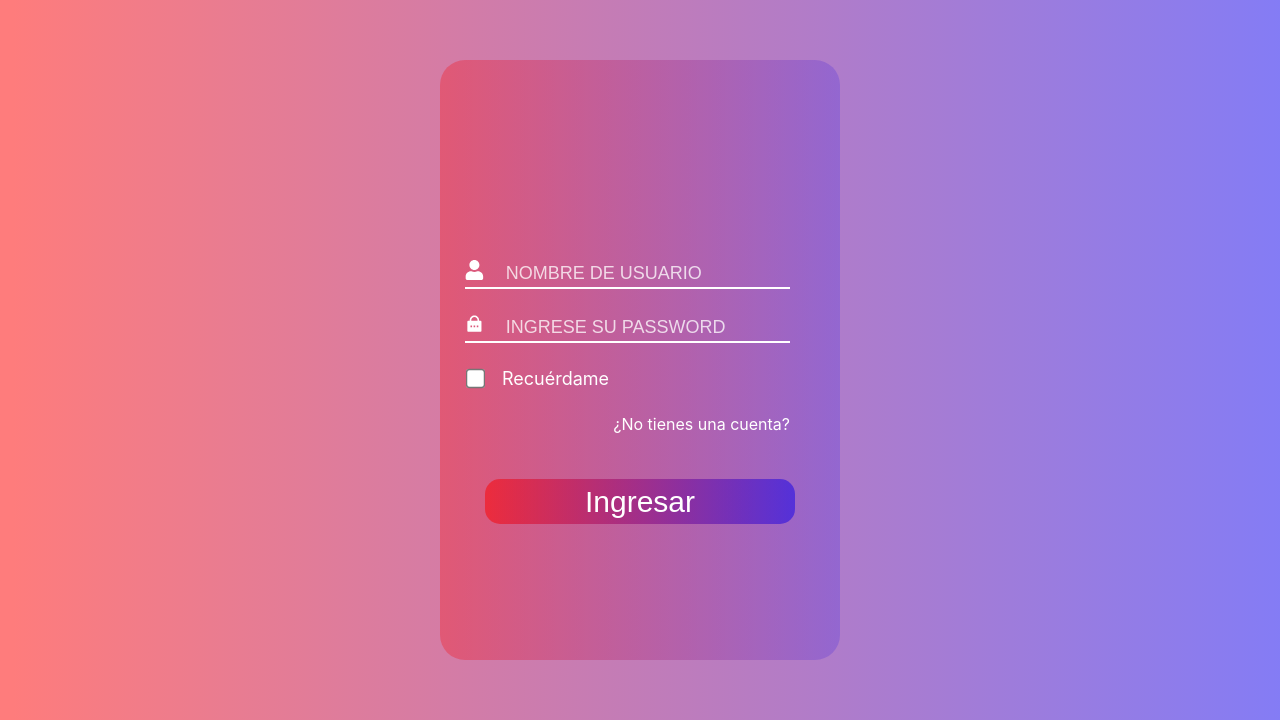
Repository: Davic1o/municipio
Page: /
The author's editor kept a copy of each file at every save. The page is drawn from the files as they stood at one save, then again after the next save.
The browser window is 1280 px wide. The pictures show the whole page.
The project was rebuilt for these pictures with package versions that can differ from the ones it lists, and the page was loaded fresh each time. A package was used in the major version that the imports need, not the one package.json lists.

Above is the page before, as saved 2024-02-05 23:09:29.

After the next save:
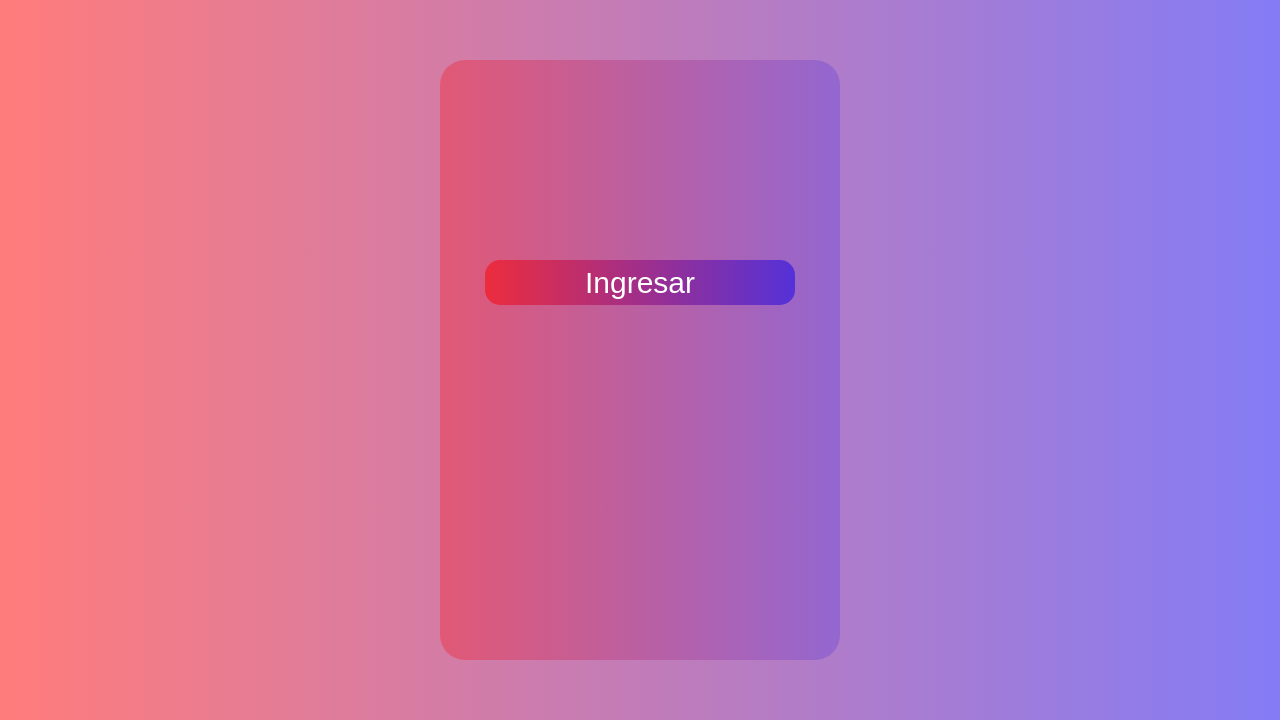
Saved 3 min 35 s later.
--- a/src/pages/Login/Login.jsx
+++ b/src/pages/Login/Login.jsx
@@ -1,31 +1,45 @@
-import React from 'react';
+import React, { useState } from 'react';
 import { FaUser } from "react-icons/fa";
 import { RiLockPasswordFill } from "react-icons/ri";
-import './login.css';  // Asegúrate de tener un archivo de estilo CSS para tu componente
+import { useHistory } from 'react-router-dom';
+import './login.css';
 
 const Login = () => {
+  const [username, setUsername] = useState('');
+  const [password, setPassword] = useState('');
+  const history = useHistory();
+
+  const handleUsernameChange = (event) => {
+    setUsername(event.target.value);
+  };
+
+  const handlePasswordChange = (event) => {
+    setPassword(event.target.value);
+  };
+
+  const handleLogin = () => {
+    if (username === 'usuario1' && password === 'contrasenia1') {
+      // Redirigir al componente 1
+      history.push('/componente1');
+    } else if (username === 'usuario2' && password === 'contrasenia2') {
+      // Redirigir al componente 2
+      history.push('/componente2');
+    } else if (username === 'usuario3' && password === 'contrasenia3') {
+      // Redirigir al componente 3
+      history.push('/componente3');
+    } else {
+      // Mostrar un mensaje de error o manejar de otra manera
+      console.log('Credenciales incorrectas');
+    }
+  };
+
   return (
     <div className="login__container">
       <div className="login__recuadro">
         <div className="login__formulario">
-          <div className="contenedor__nombre">
-
-            <FaUser className='icon__nombre' />
-            <input type="text" className="inp__nombre" placeholder='NOMBRE DE USUARIO'/>
-          </div>
-          <div className="contenedor__password">
-          <RiLockPasswordFill className='icon__password' />
-            <input type="password" className="inp__password" placeholder='INGRESE SU PASSWORD'/>
-          </div>
-          <div className="contenedor__recuerdame">
-            <input type="checkbox" className="inp__recuerdame" />
-            <label htmlFor="" className="lbl__recuerdame">Recuérdame</label>
-          </div>
-          <div className="contenedor__registrar">
-            <label htmlFor="" className="lbl__registrar">¿No tienes una cuenta?</label>
-          </div>
+          {/* ... Código anterior ... */}
           <div className="contendor__ingresar">
-            <button className="btn__ingresar">Ingresar</button>
+            <button className="btn__ingresar" onClick={handleLogin}>Ingresar</button>
           </div>
         </div>
       </div>

After the save that followed:
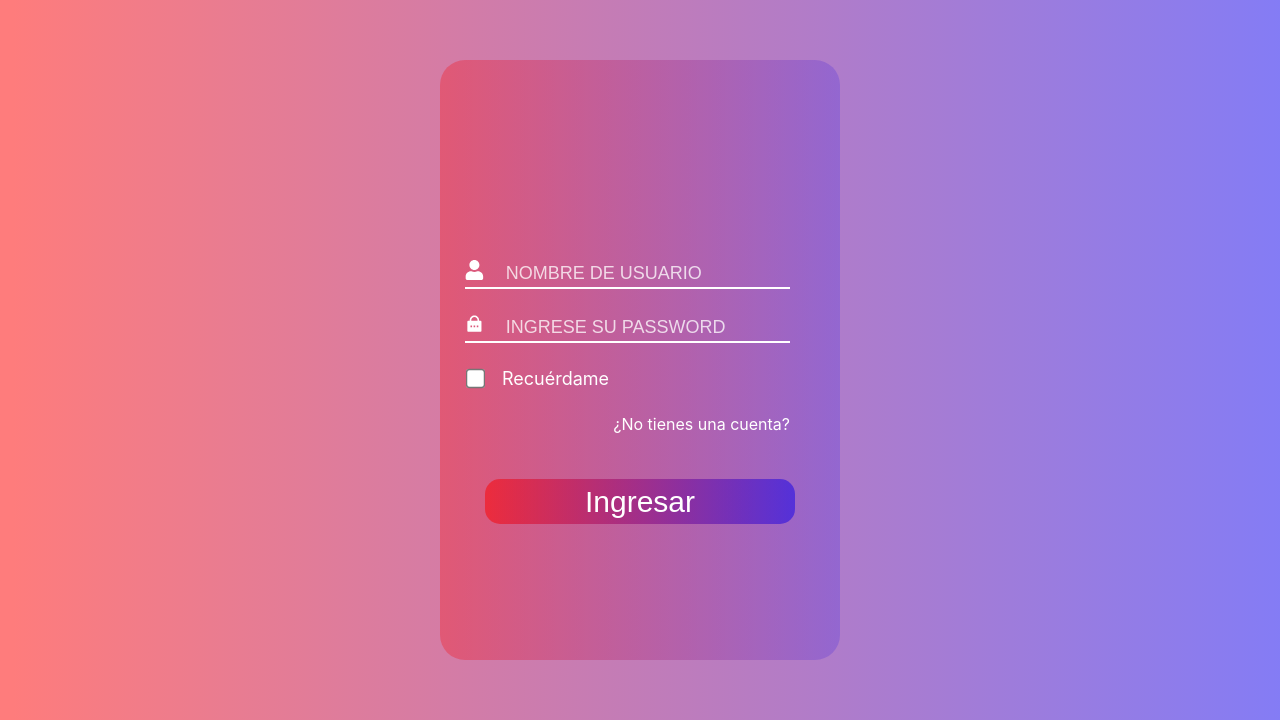
Saved 45 s later.
--- a/src/pages/Login/Login.jsx
+++ b/src/pages/Login/Login.jsx
@@ -37,7 +37,33 @@
     <div className="login__container">
       <div className="login__recuadro">
         <div className="login__formulario">
-          {/* ... Código anterior ... */}
+          <div className="contenedor__nombre">
+            <FaUser className='icon__nombre' />
+            <input
+              type="text"
+              className="inp__nombre"
+              placeholder='NOMBRE DE USUARIO'
+              value={username}
+              onChange={handleUsernameChange}
+            />
+          </div>
+          <div className="contenedor__password">
+            <RiLockPasswordFill className='icon__password' />
+            <input
+              type="password"
+              className="inp__password"
+              placeholder='INGRESE SU PASSWORD'
+              value={password}
+              onChange={handlePasswordChange}
+            />
+          </div>
+          <div className="contenedor__recuerdame">
+            <input type="checkbox" className="inp__recuerdame" />
+            <label htmlFor="" className="lbl__recuerdame">Recuérdame</label>
+          </div>
+          <div className="contenedor__registrar">
+            <label htmlFor="" className="lbl__registrar">¿No tienes una cuenta?</label>
+          </div>
           <div className="contendor__ingresar">
             <button className="btn__ingresar" onClick={handleLogin}>Ingresar</button>
           </div>
